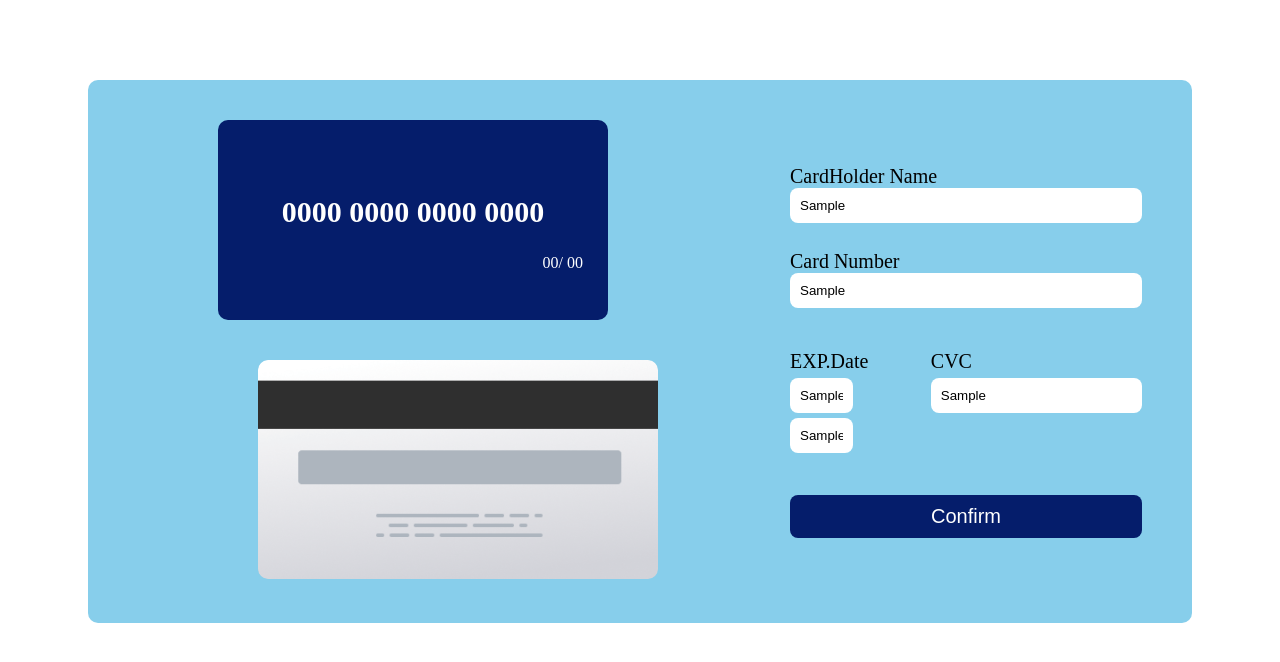
Repository: moehaymanmyint/Interactive-Card-Details-Form
Page: index.html
These files come from the project's save history. The page is drawn as it stood at one moment and after the next save; the edit follows.
The browser window is 1280 px wide. The pictures show the whole page.
Empty fields were first filled with sample values (such as "Sample", 5 or name@example.com).
After loading, the first visible `input.confirm-btn` was clicked once.

Above is the page before, as saved 2024-10-18 12:05:44.
Console error: ReferenceError: value is not defined

After the next save:
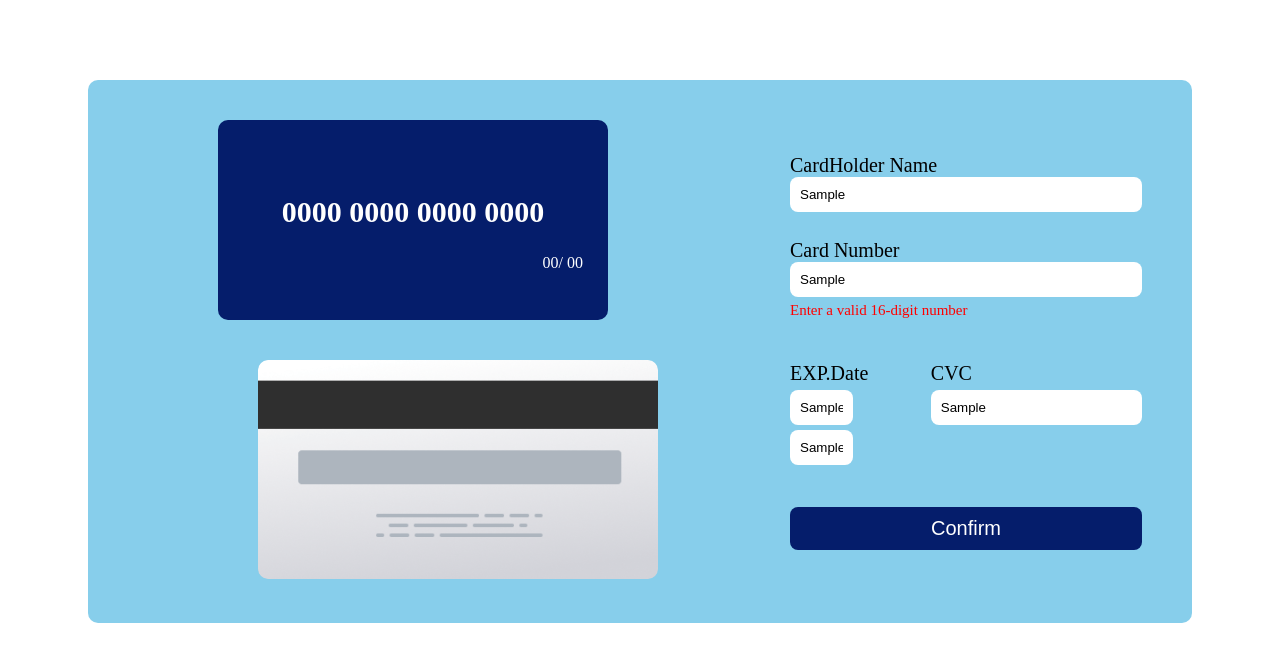
The error is gone.
Saved 111 s later.
--- a/app.js
+++ b/app.js
@@ -12,36 +12,46 @@ let nameError = document.querySelector(".name-error");
 let numberError = document.querySelector(".number-error");
 let dateError = document.querySelector(".date-error");
 
-function getData(event){
+function getData(event) {
     event.preventDefault();
 
     let validAll = true;
 
-    if(name.value === ""){
+    // Reset error messages
+    nameError.style.display = "none";
+    numberError.style.display = "none";
+    dateError.style.display = "none";
+
+    // Validate name
+    if (name.value === "") {
         nameError.style.display = "inline";
         validAll = false;
     }
 
-    if(number.value === ""){
+    // Validate card number
+    if (number.value === "") {
         numberError.style.display = "inline";
-    }else if(isNaN(Number(value))){
+        validAll = false;
+    } else if (isNaN(Number(number.value)) || number.value.length !== 16) {
         numberError.style.display = "inline";
-        numberError.innerHTML = "Enter a 16-digit valid number"
+        numberError.innerHTML = "Enter a valid 16-digit number";
         validAll = false;
     }
 
-    if(validAll == true){
+    // Validate month and year (additional validation can be added here)
+    if (month.value === "" || year.value === "") {
+        dateError.style.display = "inline";
+        validAll = false;
+    }
+
+    // If all inputs are valid, update the card display
+    if (validAll) {
         cardName.innerHTML = name.value;
         cardNumber.innerHTML = number.value;
-        cardMonth.innerHTML = month.vallue;
+        cardMonth.innerHTML = month.value;
         cardYear.innerHTML = year.value;
-        alert("success")
+        alert("Success");
     }
-
-
-    cardNumber.innerHTML = number.value;
-    cardMonth.innerHTML = month.value;
-    cardYear.innerHTML = year.value;
 }
 
 let confirmBtn = document.querySelector(".confirm-btn");
